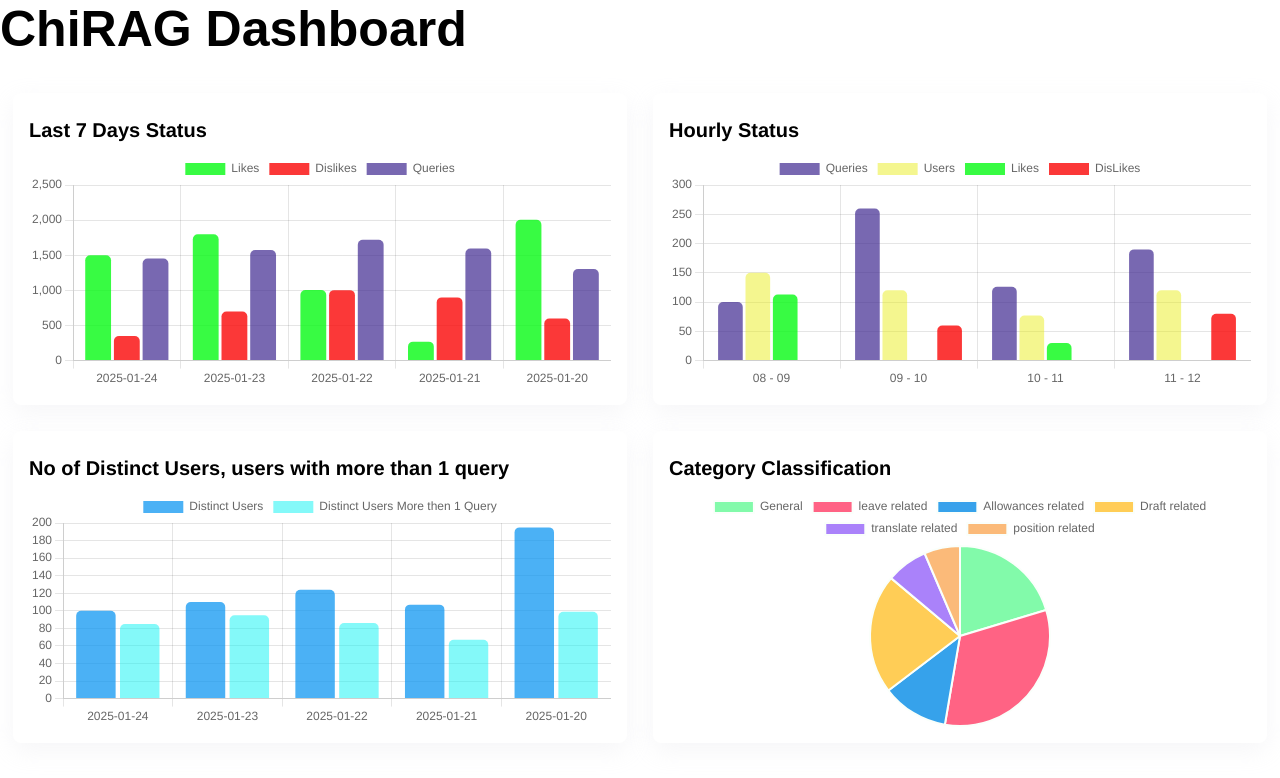
Repository: NAGARAJ-DEVELOPER/Dashboard
Page: /
The author's editor kept a copy of each file at every save. The page is drawn from the files as they stood at one save, then again after the next save.
The browser window is 1280 px wide. The pictures show the whole page.
The project was rebuilt for these pictures with package versions that can differ from the ones it lists, and the page was loaded fresh each time. Also part of the build but not shown: vite.config.js.

Above is the page before, as saved 2025-02-16 15:55:17.

### src/App.jsx
import React from "react";
import { Chart as ChartJS, defaults } from "chart.js/auto";
import { Bar, Doughnut, Line, Pie } from "react-chartjs-2";
import { useState,useEffect } from "react";

import "./App.css";




defaults.maintainAspectRatio = false;
defaults.responsive = true;

defaults.plugins.title.display = true;
defaults.plugins.title.align = "start";
defaults.plugins.title.font.size = 20;
defaults.plugins.title.color = "black";

export const App = () => {

  const [Week, setWeekData] = useState([]);
  const [toady, setTodayData] = useState([]);
  const [user, setUserData] = useState([]);
  const [category, setCategoryData] = useState([]);

  useEffect(() => {
      fetch("./config.json") // Load config file
          .then((response) => response.json())
          .then((config) => {
              // Fetch JSON files dynamically
              console.log("Success");
              loadJSON(config.week, setWeekData);
              loadJSON(config.today, setTodayData);
              loadJSON(config.user, setUserData);
              loadJSON(config.category, setCategoryData);
          })
          .catch((error) => console.error("Error loading config.json:", error));
  }, []);

  const loadJSON = (path, setter) => {
      fetch(path)
          .then((response) => response.json())
          .then((data) => setter(data))
          .catch((error) => console.error(`Error loading ${path}:`, error));
  };

  return (
   <>
   <div>
   <h1 className="HeaderStyle">ChiRAG Dashboard</h1>
   </div>
    <div className="App">

        <div className="dataCard categoryCard">
        <Bar
          data={{
            labels: Week.map((data) => data.DATE1),
            datasets: [
              {
                label: "Likes",
                data: Week.map((data) => data.number_of_likes),
                backgroundColor: [
             "rgba(7, 250, 20, 0.8)",
                ],
                borderRadius: 5,
              },
              {
                label: "Dislikes",
                data: Week.map((data) => data.number_of_dislikes),
                backgroundColor: [

                  "rgba(250, 7, 7, 0.8)",

                ],
                borderRadius: 5,
              },
              {
                label: "Queries",
                data: Week.map((data) => data.number_of_ques),
                backgroundColor: [
                  "rgba(63, 40, 145, 0.7)",
                ],
                borderRadius: 5,
              },
            ],
          }}
          options={{
            plugins: {
              title: {
                text: "Last 7 Days Status",
              },
            },
          }}
        />
      </div>


      <div className="dataCard categoryCard">
        <Bar
          data={{
            labels: toady.map((data) => data.B_TIME),
            datasets: [
              {
                label: "Queries",
                data: toady.map((data) => data.C_Questions),
                backgroundColor: [
                  "rgba(63, 40, 145, 0.7)",
                ],
                borderRadius: 5,
              },
              {
                label: "Users",
                data: toady.map((data) => data.D_Users),
                backgroundColor: [

                  "rgba(231, 235, 8, 0.45)",

                ],
                borderRadius: 5,
              },
              {
                label: "Likes",
                data: toady.map((data) => data.F_Likes),
                backgroundColor: [
                  "rgba(7, 250, 20, 0.8)",
                ],
                borderRadius: 5,
              },
              {
                label: "DisLikes",
                data: toady.map((data) => data.Dis_Likes),
                backgroundColor: [
                  "rgba(250, 7, 7, 0.8)",
                ],
                borderRadius: 5,
              },
            ],
          }}
          options={{
            plugins: {
              title: {
                text: "Hourly Status",
              },
            },
          }}
        />
      </div>


      <div className="dataCard categoryCard">
        <Bar
          data={{
            labels: user.map((data) => data.DATE1),
            datasets: [
              {
                label: "Distinct Users",
                data: user.map((data) => data.number_of_distinct_users),
                backgroundColor: 'rgba(9, 149, 241, 0.73)',
                borderRadius: 5,
              },
              {
                label: "Distinct Users More then 1 Query",
                data: user.map((data) => data.Distinct_Users_more_1query),
                backgroundColor:'rgba(10, 243, 243, 0.5)',
                borderRadius: 5,
              },
            ],
          }}
          options={{
            plugins: {
              title: {
                text: "No of Distinct Users, users with more than 1 query",
              },
            },
          }}
        />
      </div>


      <div className="dataCard categoryCard">
        <Pie
          data={{
            labels: category.map((data) => data.category),
            datasets: [
              {
                label: "Count",
                data: category.map((data) => data.COUNT_CAT),
                backgroundColor: [
                  'rgba(7, 245, 86, 0.5)',
         'rgb(255, 99, 132)',
      'rgb(54, 162, 235)',
      'rgb(255, 205, 86)',
        'rgba(86, 6, 245, 0.5)',
        'rgba(247, 129, 11, 0.55)',
                ],
                borderColor: [
                  'rgb(250, 255, 251)',
                  'rgb(250, 255, 251)',
                  'rgb(250, 255, 251)',
                  'rgb(250, 255, 251)',
                  'rgb(250, 255, 251)',
                  'rgb(250, 255, 251)',
                ],animation :Pie,
              },
            ],
          }}
          options={{
            plugins: {
              title: {
                text: "Category Classification",
              },
            },
          }}
        />
      </div>
    </div>
    </>
  );
};

### src/App.css
.App {
  height: 100vh;
  width: 100%;
  display: flex;
  flex-direction: row;
  align-items: center;
  justify-content: center;
  align-content: center;
  gap: 2vw;
  flex-wrap: wrap;
  background-color: #ffffff;
  overflow: auto;
}
.HeaderStyle{
  font-size: 50px;
  justify-content: center;
  align-content: center;
}
.dotted {
  border-top: 20px dotted #0a0a0a;
}
.vl {
  border-left: 2px dashed rgb(8, 8, 8);
  height: 98%;
  position: absolute;
  left: 49%;
  margin-left: -3px;
  top: 0;
}
.dataCard {
  background-color: #ffffff;
  border-radius: 0.5em;
  box-shadow: rgba(208, 210, 218, 0.2) 0px 8px 24px;
  padding: 1em;
}

.revenueCard {
  width: 92%;
  height: 20rem;
}

.customerCard {
  width: 50%;
  height: 20rem;
}

.categoryCard {
  width: 48%;
  height: 19.5rem;
}

### public/config.json
{
    "week": "data/7days.json",
    "today": "data/Today.json",
    "user": "data/Users.json",
    "category": "data/Category.json"
  }

### public/data/7days.json
[
    {  "DATE1": "2025-01-24", "number_of_dislikes": 350, "number_of_likes": 1500,  "number_of_ques": 1452 },
    {  "DATE1": "2025-01-23", "number_of_dislikes": 700, "number_of_likes": 1800,  "number_of_ques": 1574 },
    {  "DATE1": "2025-01-22", "number_of_dislikes": 1003, "number_of_likes": 1005,  "number_of_ques": 1720 },
    {  "DATE1": "2025-01-21", "number_of_dislikes": 900, "number_of_likes": 270,  "number_of_ques": 1596 },
    {  "DATE1": "2025-01-20", "number_of_dislikes": 600, "number_of_likes": 2005,  "number_of_ques": 1304 }
  ]

### public/data/Today.json
[
  { "A_DATE": "2025-01-27", "B_TIME": "08 - 09", "C_Questions": 100, "D_Users": 150 ,"F_Likes": 113},
  { "A_DATE": "2025-01-27",  "B_TIME": "09 - 10", "C_Questions": 260, "D_Users": 120,"Dis_Likes":60},
  { "A_DATE": "2025-01-27", "B_TIME": "10 - 11", "C_Questions": 126, "D_Users": 77, "F_Likes": 30 },
  { "A_DATE": "2025-01-27", "B_TIME": "11 - 12", "C_Questions": 190, "D_Users": 120,"Dis_Likes":80 }
]

### public/data/Users.json
[
  {  "DATE1": "2025-01-24", "number_of_distinct_users": 100, "Distinct_Users_more_1query": 85 },
  {  "DATE1": "2025-01-23", "number_of_distinct_users": 110, "Distinct_Users_more_1query": 95 },
  {  "DATE1": "2025-01-22", "number_of_distinct_users": 124, "Distinct_Users_more_1query": 86  },
  {  "DATE1": "2025-01-21", "number_of_distinct_users": 107, "Distinct_Users_more_1query": 67  },
  {  "DATE1": "2025-01-20", "number_of_distinct_users": 195, "Distinct_Users_more_1query": 99  }
]

### public/data/Category.json
[
  { "category": "General", "COUNT_CAT": 2434 },
  { "category": "leave related", "COUNT_CAT": 3870 },
  { "category": "Allowances related", "COUNT_CAT": 1430 },
  { "category": "Draft related", "COUNT_CAT": 2569 },
  { "category": "translate related", "COUNT_CAT": 891 },
  { "category": "position related", "COUNT_CAT": 770 }
]

Loaded but not shown: index.html (common file); src/main.jsx (common file); src/index.css (common file)

After the next save:
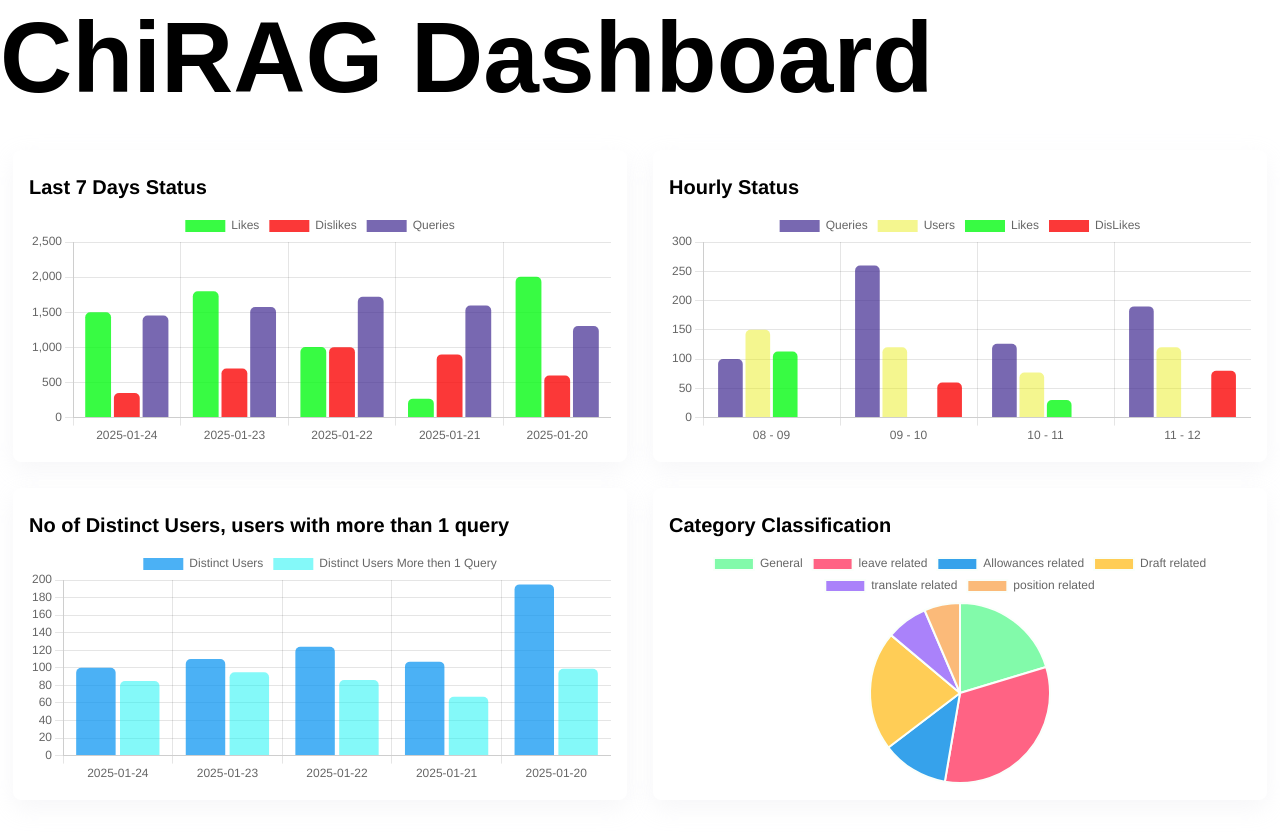
Saved 56 s later.
--- a/src/App.jsx
+++ b/src/App.jsx
@@ -46,8 +46,8 @@ export const App = () => {
 
   return (
    <>
-   <div>
-   <h1 className="HeaderStyle">ChiRAG Dashboard</h1>
+   <div className="HeaderStyle">
+   <h1 >ChiRAG Dashboard</h1>
    </div>
     <div className="App">
 
